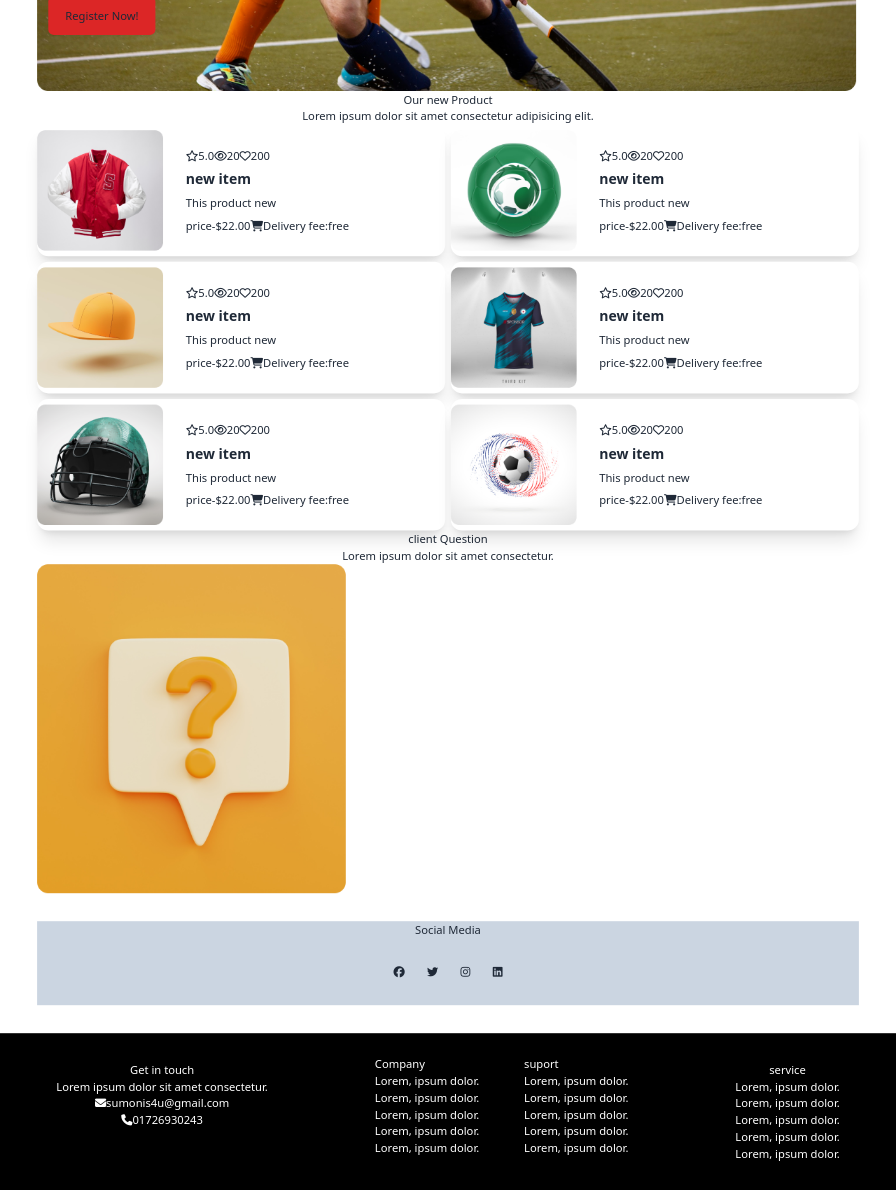
Repository: sumonkumarsarkar/bd-hockeys-team
Page: index.html
The author's editor kept a copy of each file at every save. The page is drawn from the files as they stood at one save, then again after the next save.
The browser window is 1280 px wide. The pictures show the part of the page from y = 1800 to 3720 px (the page is 3500 px tall before and 3720 px after), at 70% of full size.
Some web libraries are served in a nearby version.

Above is the page before, as saved 2024-01-24 00:19:48.

After the next save:
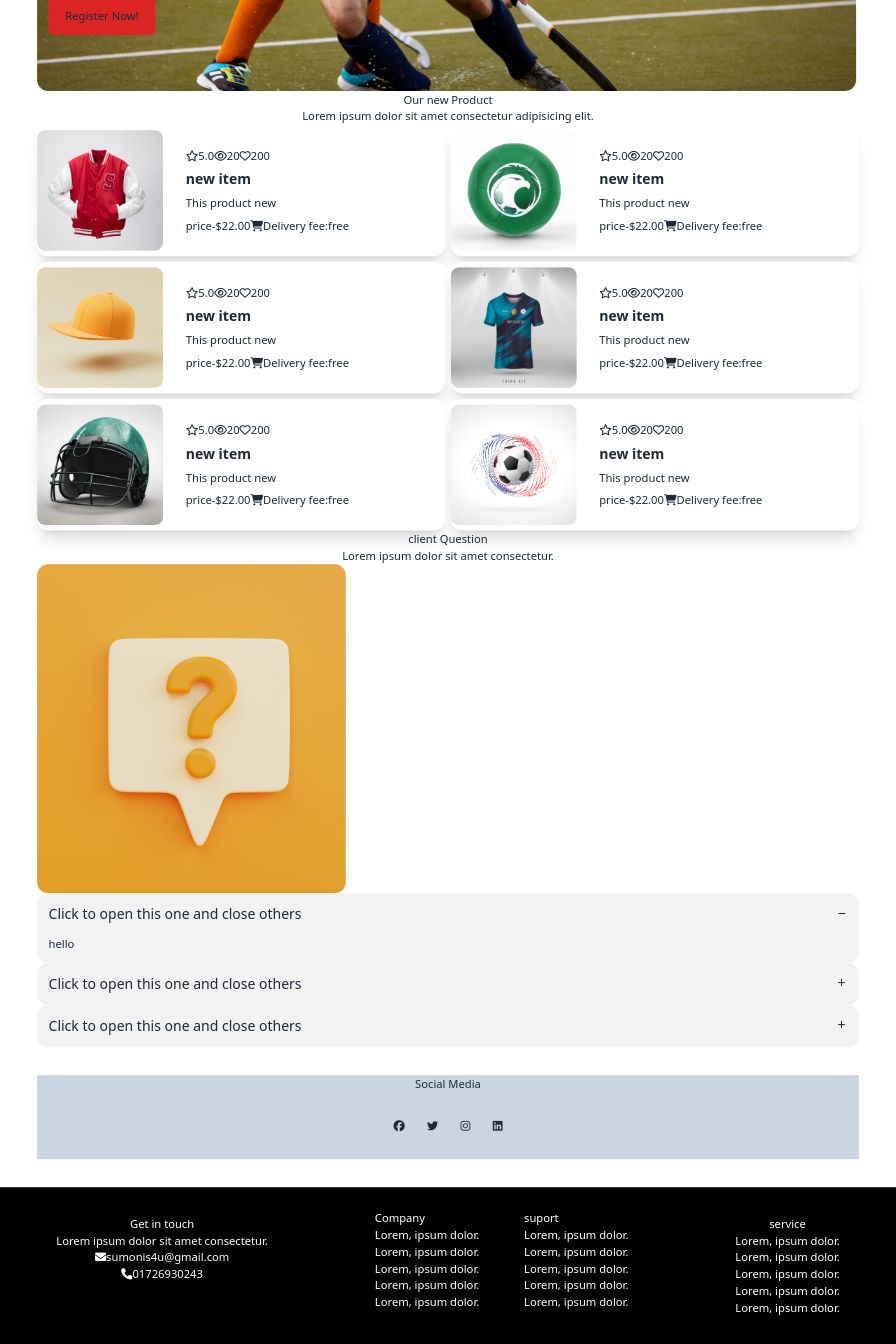
Saved 67 s later.
--- a/index.html
+++ b/index.html
@@ -392,7 +392,33 @@
             <img src="./Images/11.png" alt="">
         </div>
         <div>
-
+            <div class="collapse collapse-plus bg-base-200">
+                <input type="radio" name="my-accordion-3" checked="checked"/>
+                <div class="collapse-title text-xl font-medium">
+                  Click to open this one and close others
+                </div>
+                <div class="collapse-content">
+                  <p>hello</p>
+                </div>
+              </div>
+              <div class="collapse collapse-plus bg-base-200">
+                <input type="radio" name="my-accordion-3" />
+                <div class="collapse-title text-xl font-medium">
+                  Click to open this one and close others
+                </div>
+                <div class="collapse-content">
+                  <p>hello</p>
+                </div>
+              </div>
+              <div class="collapse collapse-plus bg-base-200">
+                <input type="radio" name="my-accordion-3" />
+                <div class="collapse-title text-xl font-medium">
+                  Click to open this one and close others
+                </div>
+                <div class="collapse-content">
+                  <p>hello</p>
+                </div>
+              </div>
         </div>
        </div>
 
